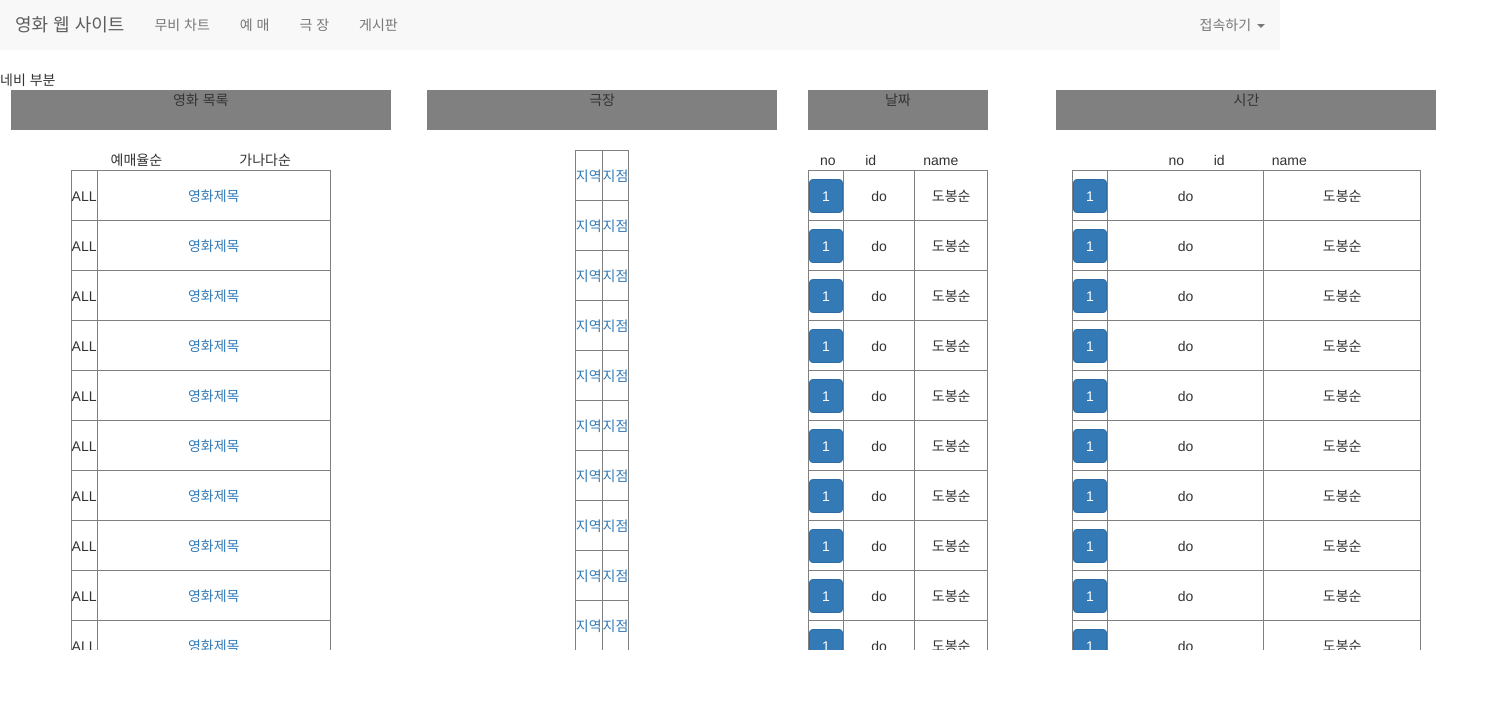
Repository: Gotaemin/java
Page: http://localhost/BBS/movieReserve.jsp
The author's editor kept a copy of each file at every save. The page is drawn from the files as they stood at one save, then again after the next save.
The browser window is 1280 px wide. The page is 1500 px wide, so the pictures cover 1500 px, including what lies to the right of the window. The pictures show the whole page.
Some web libraries are served in a nearby version. The page is served by Tomcat 9.

Above is the page before, as saved 2020-03-16 13:10:35.

After the next save:
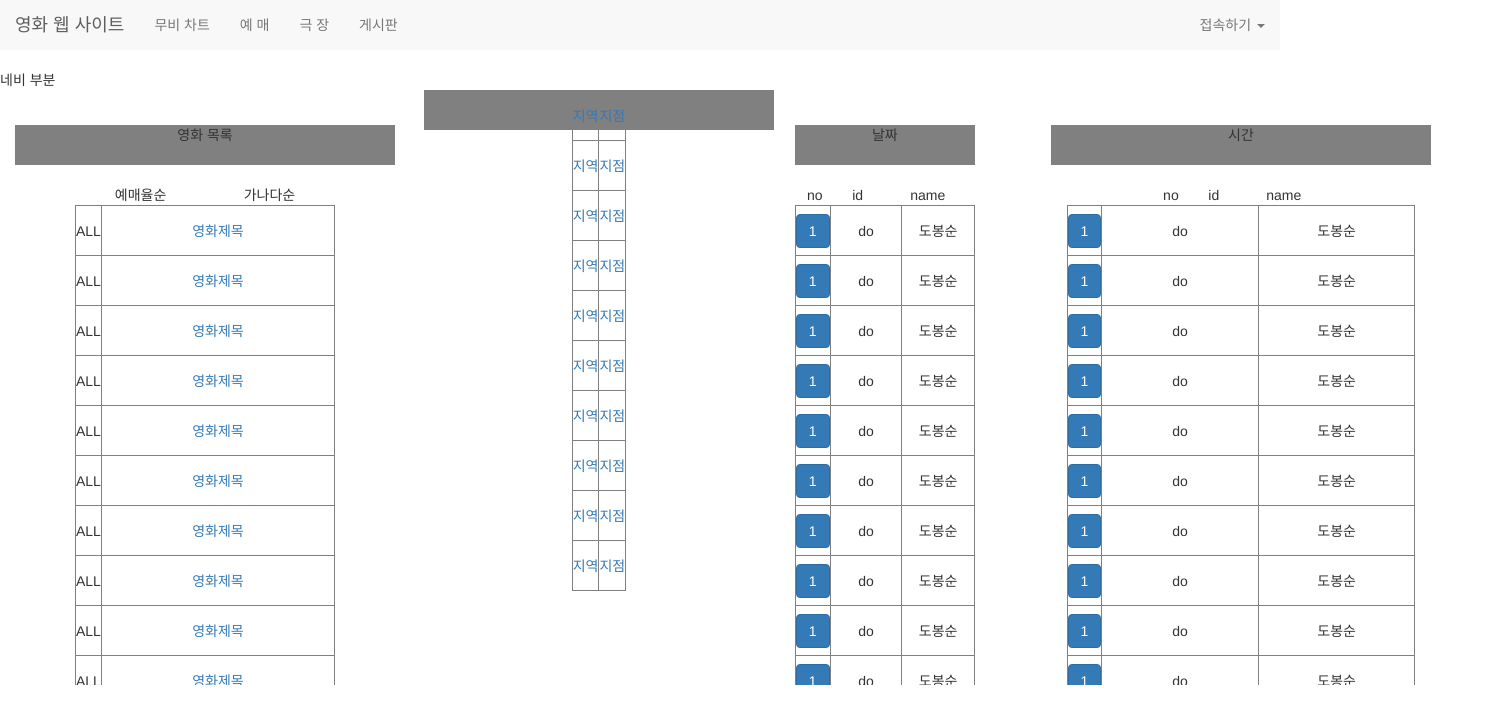
Saved 84 s later.
--- a/BBS/BBS/WebContent/movieReserve.jsp
+++ b/BBS/BBS/WebContent/movieReserve.jsp
@@ -171,7 +171,7 @@
 				<!-- 극장 리스트 출력 -->
 
 				<div align=center style="display: table-cell; background: white;">
-					<div class="test_content" style="width: 350px; height: 40px; background: gray; margin-bottom: 20px;"">극장</div>
+					<div class="test_content" style="width: 350px; height: 40px; background: gray; margin-bottom: 20px;>극장</div>
 					<div id="movie_Threater">
 
 						<div>

After the save that followed:
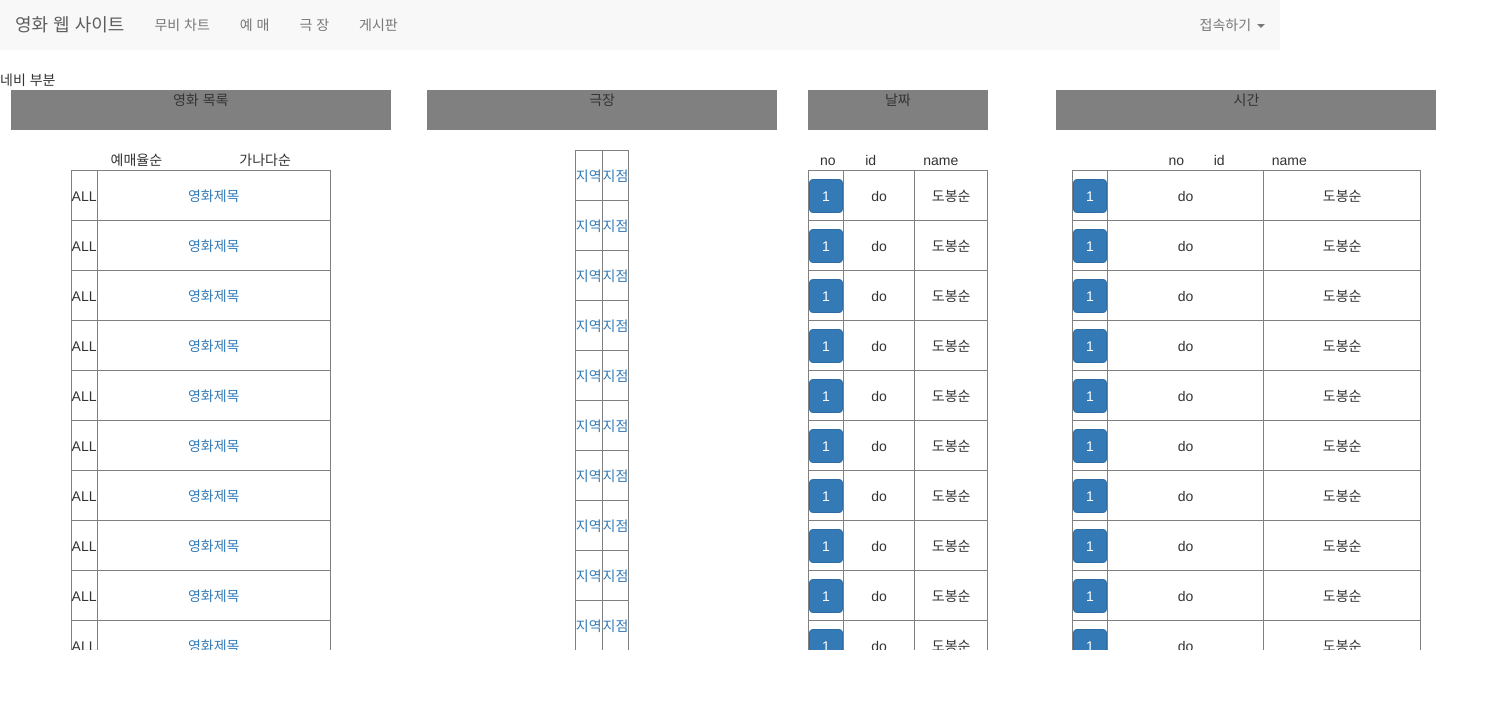
Saved 25 s later.
--- a/BBS/BBS/WebContent/movieReserve.jsp
+++ b/BBS/BBS/WebContent/movieReserve.jsp
@@ -171,7 +171,7 @@
 				<!-- 극장 리스트 출력 -->
 
 				<div align=center style="display: table-cell; background: white;">
-					<div class="test_content" style="width: 350px; height: 40px; background: gray; margin-bottom: 20px;>극장</div>
+					<div class="test_content" style="width: 350px; height: 40px; background: gray; margin-bottom: 20px;">극장</div>
 					<div id="movie_Threater">
 
 						<div>
